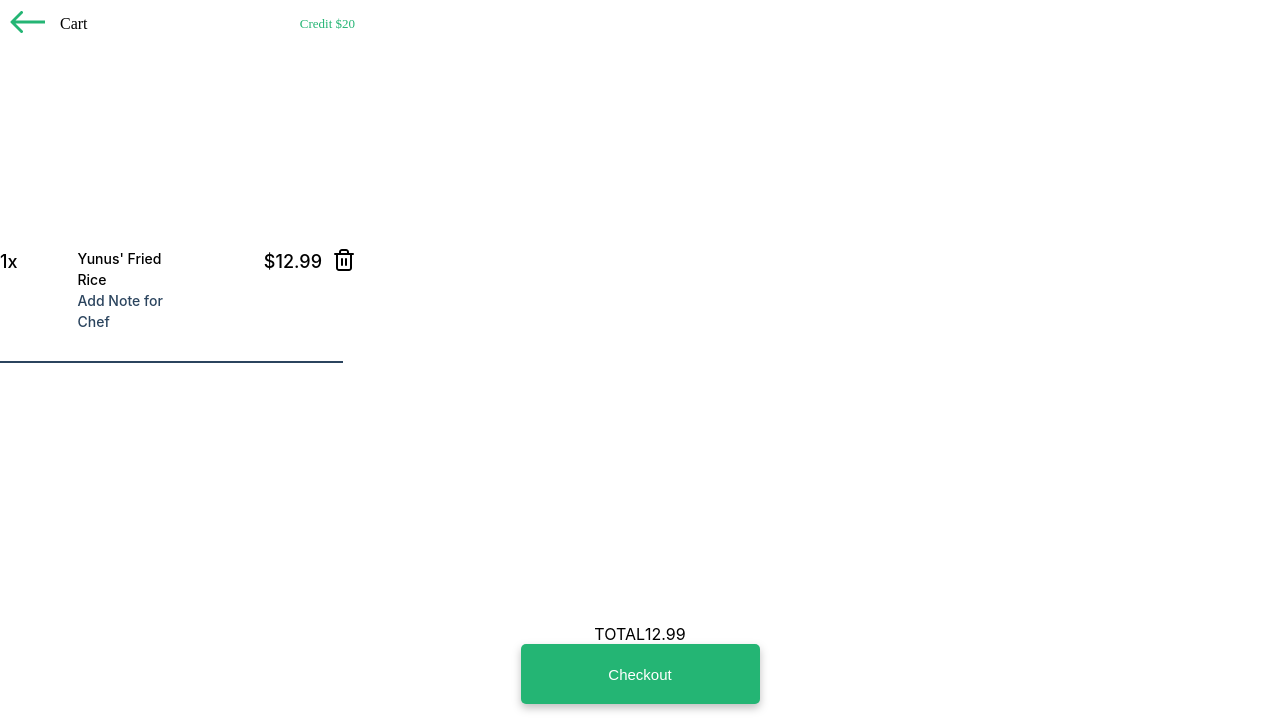
Repository: nguyenlejoe/HomeChef
Page: /DashBoardChef (app in app/)
These files come from the project's save history. The page is drawn as it stood at one moment and after the next save; the edit follows.
The browser window is 1280 px wide. The pictures show the whole page.
An inner scrolling area shows only its first screen. The project was rebuilt for these pictures with package versions that can differ from the ones it lists, and the page was loaded fresh each time.

Above is the page before, as saved 2020-11-05 11:14:29.

### app/src/App.js
import React from 'react';
//import logo from './logo.svg';
//import './App.css';
import Pages from './pages/Checkout';

function App() {
  return (
    <Pages />
  );
}

export default App;

### app/src/pages/Checkout.js
import React from 'react';
import './Checkout.scss';
import CheckoutItem from '../comps/CheckoutItem';
import Button from '../comps/MainButton';
import TopBar from '../comps/TopBar';

export default function CheckoutPage() {
  return<div className="app">
       <div className="cart">
           <TopBar text="Cart"></TopBar>
       </div>
       <div className="checkout">
           <CheckoutItem></CheckoutItem>
           {/* <CheckoutItem></CheckoutItem> */}

       </div>

        <div className="total">
            <div>TOTAL</div>
            <div>12.99</div>
        </div>
        <div className="button">
            <Button text="Checkout"></Button>
        </div>
    </div>
}

### app/src/pages/Checkout.scss
.app{
    width: 100vw;
    height:100vh;
    overflow-x: hidden;

}

.cart{
    margin-bottom: 200px;
}

.checkout{
    margin-bottom: 300px;
    display: flex;
    flex-direction: column;
    justify-content: center;
}

.total{
    display: flex;
    justify-content: center;
}

.button{
    display: flex;
    justify-content: center;
}

### app/src/comps/CheckoutItem/index.js
import React from 'react';
import styled, {css} from 'styled-components';

const Checkoutitemcont = styled.div`

max-width:346px;
max-height:76px;


`
const Carttxt = styled.div`
display:flex;
flex-direction:row;
`
const Quantity = styled.div`
Margin-right: 60px;font-size: 18px;
font-style: normal;
font-weight: 500;
line-height: 27px;
letter-spacing: 0em;
text-align: left;

`

const ItemName = styled.div`
Margin-right: 90px;
font-size: 14px;
font-style: normal;
font-weight: 500;
line-height: 21px;
letter-spacing: 0em;
text-align: left;

`

const ChefNote = styled.div`
color: #2B445E;
cursor:pointer;

`

const Price = styled.div`
font-size: 18px;
font-style: normal;
font-weight: 500;
line-height: 27px;
letter-spacing: 0em;
text-align: left;

`

const Delete = styled.div`

`

const Bottomhr = styled.div`
height: 0px;
width: 341px;
border-radius: nullpx;
border: 1px solid #2B445E;
margin-top:29px;

`

const Iconcont = styled.div `
position:relative;
left:10px;
`









const CheckoutItem = ({Quant, Itemnm, Note, Pricetag,}) => {

    return <Checkoutitemcont>
            <Carttxt>
            <Quantity>{Quant}</Quantity>
            <ItemName>{Itemnm}<ChefNote>   {Note}</ChefNote></ItemName>
            <Price>{Pricetag}</Price>
            <Delete></Delete>
            <Iconcont>
            <img src="/trash-2.svg"/>
            </Iconcont>
            </Carttxt>
            <Bottomhr>

            </Bottomhr>
    </Checkoutitemcont>

}

CheckoutItem.defaultProps = {

    Quant:"1x",
    Itemnm:"Yunus' Fried Rice",
    Note:"Add Note for Chef",
    Pricetag:"$12.99",

}

export default CheckoutItem;

### app/src/comps/MainButton/index.js
import React from 'react';
import styled, {css} from 'styled-components';
import icon2 from '../../assets/DollarSign.png';

const ButtonContainer = styled.button`
    width: ${props =>props.width ? props.width : '239px'};
    height: ${props =>props.height ? props.height : '60px'};
    background-color: ${props =>props.bgcolor ? props.bgcolor : '#24B574'};
    border-radius: ${props =>props.radius ? props.radius : '5px'};
    display: flex;
    justify-content: center;
    align-items: center;
    filter: drop-shadow(0px 4px 4px rgba(0, 0, 0, 0.25));
    border:none;
`;

const ButtonText = styled.p`
    text-align: center;
    font-size: ${props =>props.fontSize ? props.fontSize : '15px'};;
    color:${props =>props.textColor ? props.textColor : '#FFFFFF'};
`;

const Icon = styled.div`
    ${() => css`
        background-image: url(${props =>props.icon1 ? props.icon1 : icon2});
        background-color:white;
        padding:10px;
        background-repeat: no-repeat;
        background-position: center;
        position:absolute;
        left: 0px;
        `}
    `;

const Button = ({text,textColor,bgcolor, width, height, radius, fontSize}) => {
    return <ButtonContainer bgcolor = {bgcolor} height={height} width={width} radius={radius}>
                <ButtonText fontSize={fontSize} textColor = {textColor}>{text}</ButtonText>
            </ButtonContainer>
}

ButtonText.defaultprops = {
    color:null,
}

export default Button;

### app/src/comps/TopBar/index.js
import React from 'react';
import styled from 'styled-components';


const TopBarContainer = styled.div`
   font-family: Poppins;
   display:flex;
   align-items:center;
   width:350px;
   padding:10px;
   position:relative;
`;

const LeftArrowImg = styled.div`
    margin-right:15px;
`;

const TopLeftText = styled.div`
    display:flex;

`;

const CreditText = styled.div`
   color:#24B574;
   font-size:13px;
   position:absolute;
   right:15px;
`;


const TopBar = ({text}) => {

    return <TopBarContainer>
            <LeftArrowImg><img src='/leftarrow.png' /></LeftArrowImg>
            <TopLeftText>{text}</TopLeftText>
            <CreditText>Credit $20</CreditText>
        </TopBarContainer>
}

TopBar.defaultProps = {

}

export default TopBar;

Loaded but not shown: app/public/index.html (common file); app/src/index.js (common file); app/src/index.css (common file); app/src/serviceWorker.js (common file)

After the next save:
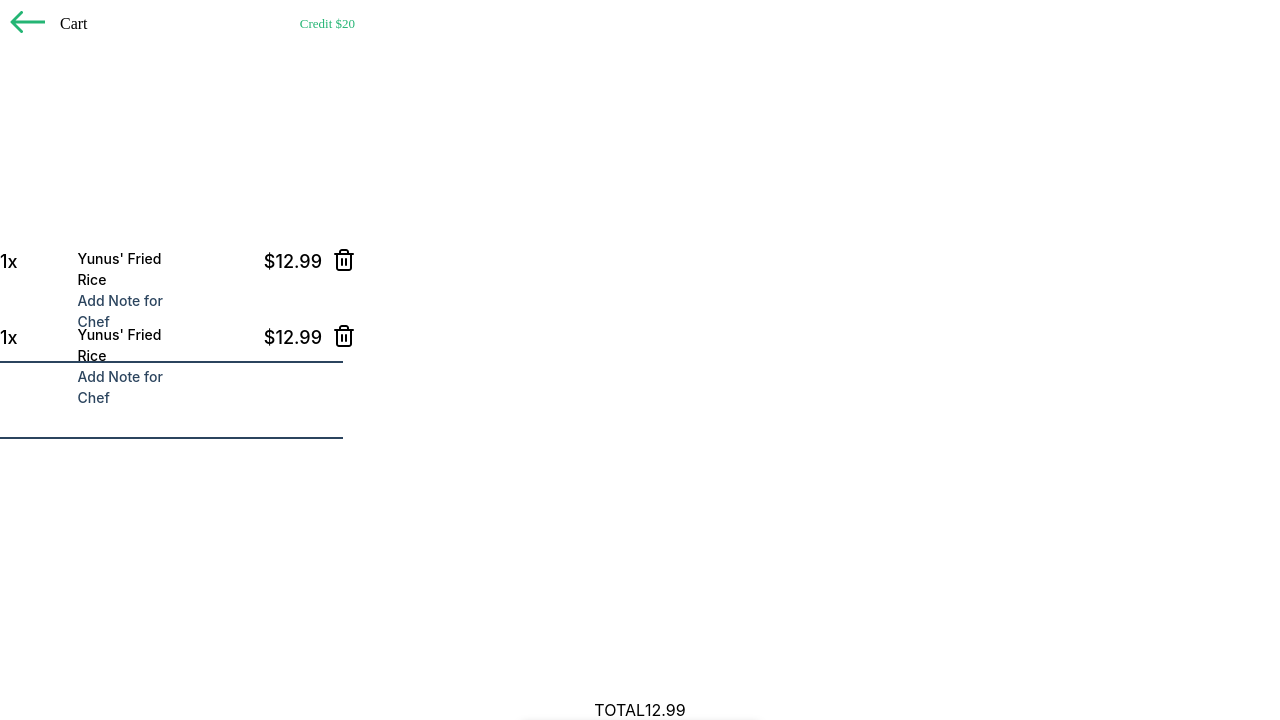
Saved 7 s later.
--- a/app/src/pages/Checkout.js
+++ b/app/src/pages/Checkout.js
@@ -11,7 +11,7 @@
        </div>
        <div className="checkout">
            <CheckoutItem></CheckoutItem>
-           {/* <CheckoutItem></CheckoutItem> */}
+           <CheckoutItem></CheckoutItem>
 
        </div>
 

After the 3 saves that followed:
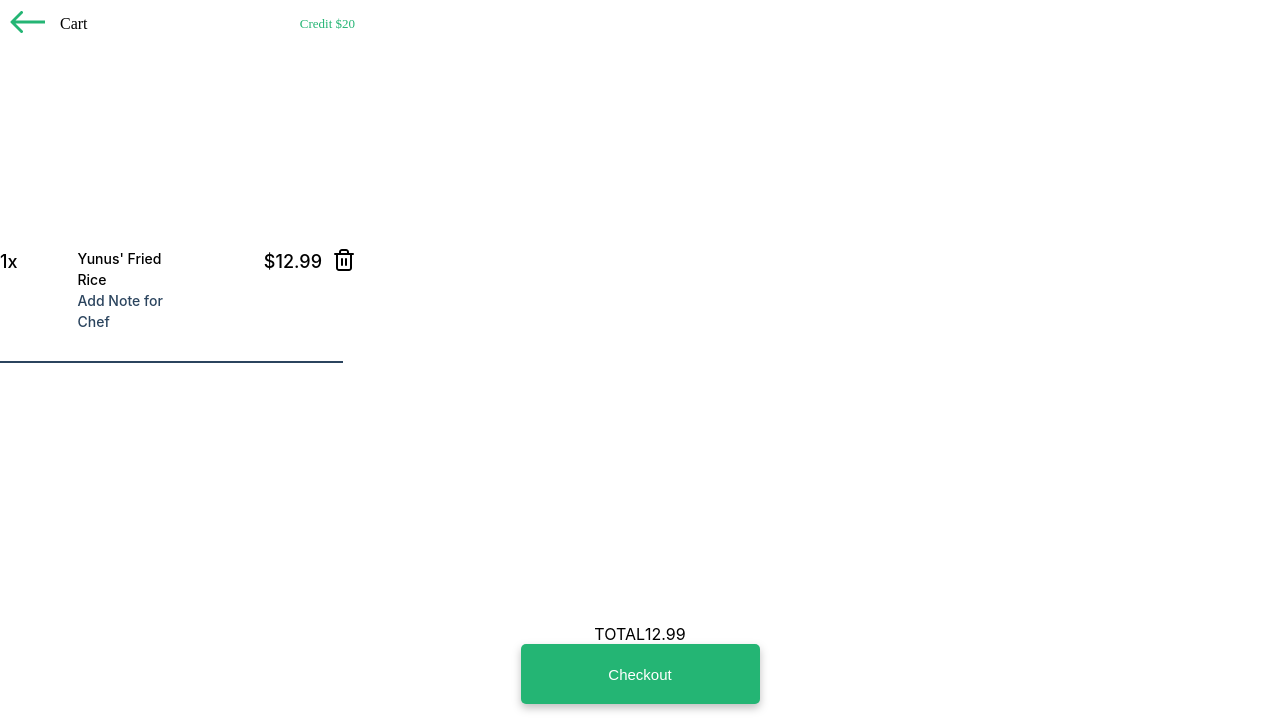
The 3 saves are shown as one change because 2 left the picture as it was.
The last was saved 51 s later.
--- a/app/src/pages/Checkout.js
+++ b/app/src/pages/Checkout.js
@@ -11,7 +11,7 @@
        </div>
        <div className="checkout">
            <CheckoutItem></CheckoutItem>
-           <CheckoutItem></CheckoutItem>
+           {/* <CheckoutItem></CheckoutItem> */}
 
        </div>
 
--- a/app/src/pages/Checkout.scss
+++ b/app/src/pages/Checkout.scss
@@ -13,7 +13,7 @@
     margin-bottom: 300px;
     display: flex;
     flex-direction: column;
-    justify-content: center;
+    // justify-content: center;
 }
 
 .total{
